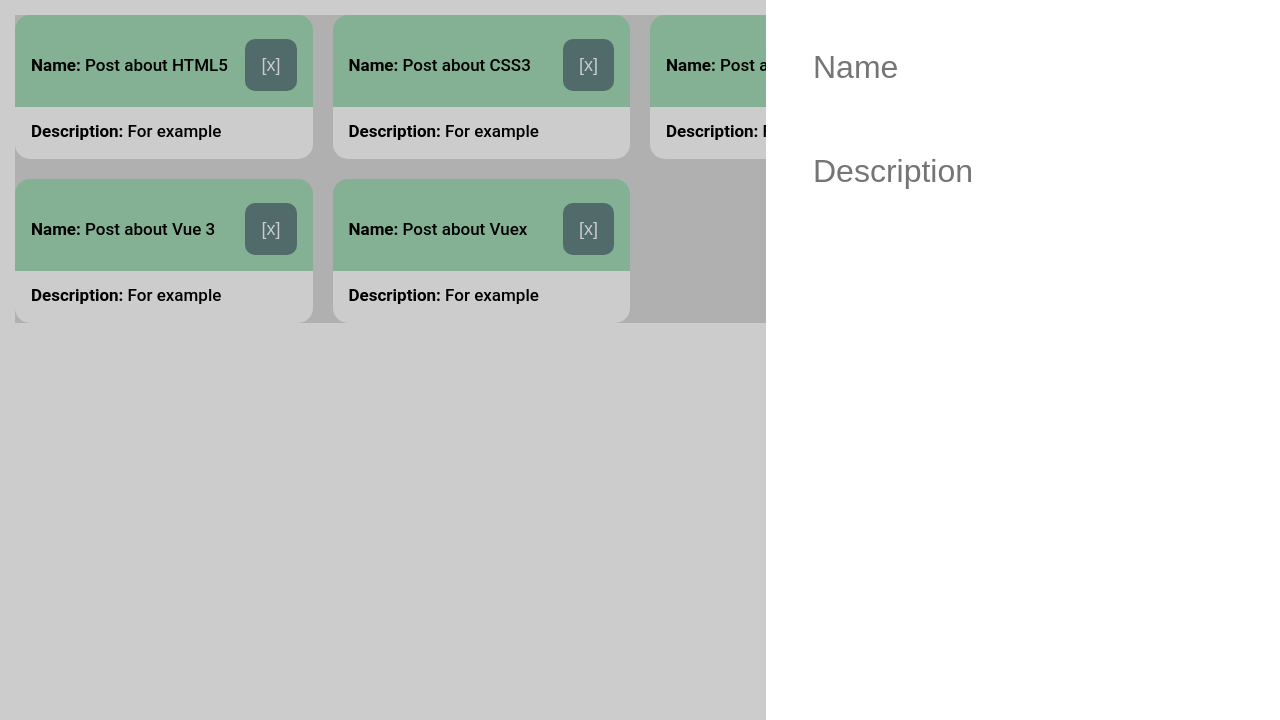
Repository: Axeliriya/vue-todo
Page: /
These files come from the project's save history. The page is drawn as it stood at one moment and after a run of saves; the edit follows.
The browser window is 1280 px wide. The pictures show the whole page.
The project was rebuilt for these pictures with package versions that can differ from the ones it lists, and the page was loaded fresh each time. Also part of the build but not shown: vue.config.js.

Above is the page before, as saved 2022-04-01 20:59:46.

After the next 2 saves:
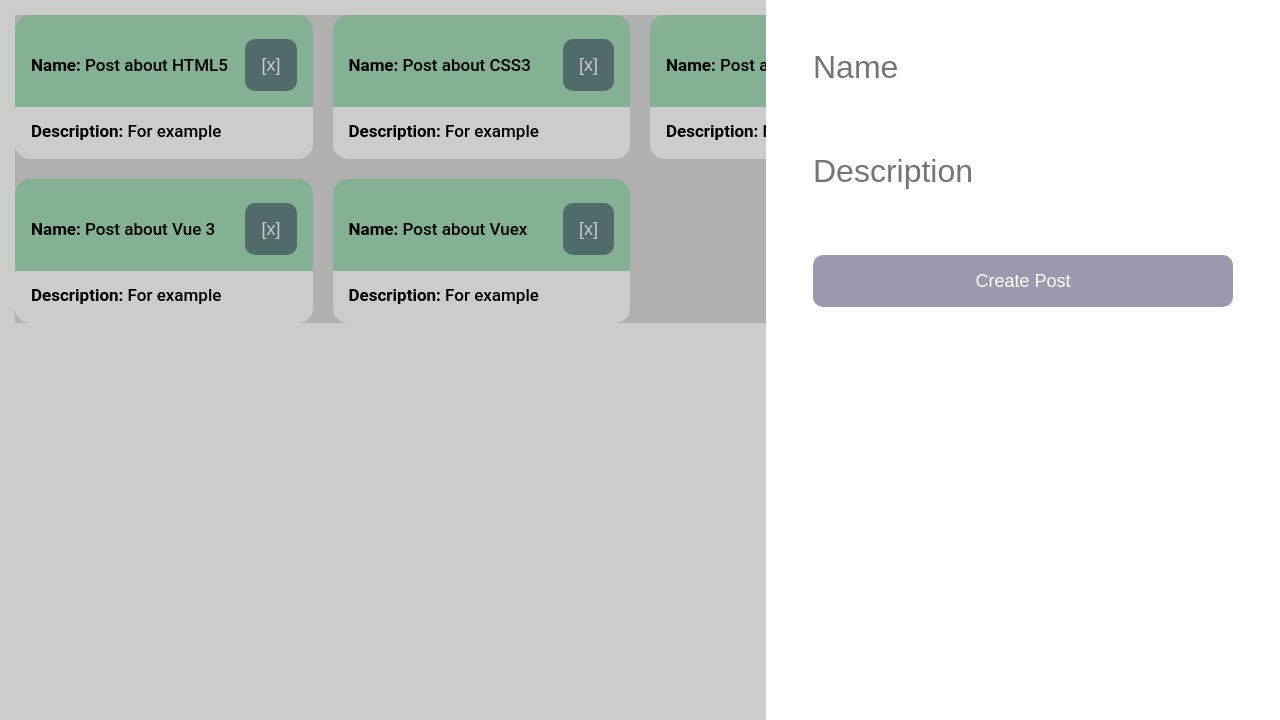
The 2 saves are shown as one change because 1 did not build or start.
The last was saved 30 s later.
--- a/src/components/PostForm.vue
+++ b/src/components/PostForm.vue
@@ -14,8 +14,11 @@
 </template>
 
 <script>
-import {} from '@/components/UI/CustomBtn';
+import CustomBtn from '@/components/UI/CustomBtn';
 export default {
+  components: {
+    CustomBtn,
+  },
   data() {
     return {
       post: {
